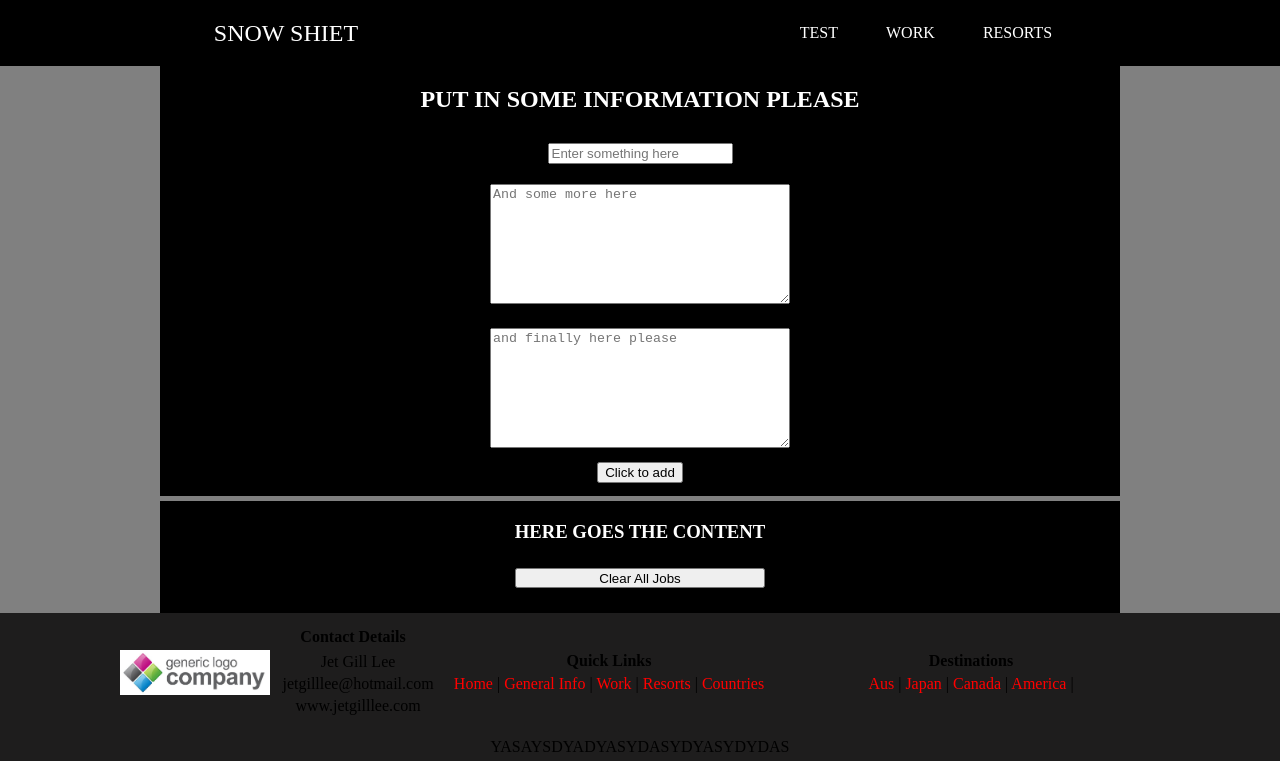
Repository: Jet-Gill-Lee/SnowSite
Page: submit-stuff.html
The author's editor kept a copy of each file at every save. The page is drawn from the files as they stood at one save, then again after the next save.
The browser window is 1280 px wide. The pictures show the whole page.

Above is the page before, as saved 2021-07-24 23:29:18.

### submit-stuff.html
<!DOCTYPE html>
<html lang="en">
<head>
  <meta charset="UTF-8">
  <meta http-equiv="X-UA-Compatible" content="IE=edge">
  <meta name="viewport" content="width=device-width, initial-scale=1.0">
  <title>Document</title>
  <script src="submitScript.js" defer></script>
  <link rel="stylesheet" href="./css/submitStuff.css"></style>
  <link rel="stylesheet" href="./css/stylesheet.css">
</head>
<div class="navbar">
  <div class="brand-title"><a href='index.html'>SNOW SHIET</a></div>
    <a href='#' class='toggle-button'>
    <span class="bar"></span>
    <span class="bar"></span>
    <span class="bar"></span></a>
  <div class="navbar-links">
    <ul>
      <li><a href="submit-stuff.html">TEST</a></li>
      <li><a href="work-overview.html">WORK</a></li>
      <li><a href="resorts-overview.html">RESORTS</a></li>
    </ul>
  </div>
</div>

  <div class="form-container">
    <h2>PUT IN SOME INFORMATION PLEASE</h2>
    <div id='error'></div>
    <form id="addNewJob">
    <div class='form-box'>
      <!-- <label for="job-title"></label> -->
      <input type="text" id='job-title' placeholder="Enter something here">
    </div>
    <div class='form-box'>
      <!-- <label for="job-descrip"></label> -->
      <textarea id='job-descrip' placeholder="And some more here" style='width:300px;height:120px;'></textarea>
    </div>
    <div class='form-box'>
      <!-- <label for="job-benefits"></label> -->
      <textarea id='job-benefits' placeholder="and finally here please" style='width:300px;height:120px;'></textarea>
    </div>
    <div class="form-button">
      <button id='btn'>Click to add</button>
    </div>
    <div id="msg">
      <pre></pre>
    </div>
    </form>
    </div>
</div>
  <div class="section-header"><h3>HERE GOES THE CONTENT</h3></div>
  <div id="job-listings">
      <!-- JOB LISTING CONTENT GOES HERE -->
  </div>
  <div id='button-back'>
  <button id='btn2'>Clear All Jobs</button>
  </div>
  <div class="footer">
    <div class='footer-flex-container'>
      <div class="footer-flex-item contact">
        <img src="./image/generic-logo.jpg" alt="" srcset="" style='width:50%'>
        <div class="text-wrapper">
        <h4>Contact Details</h3>
        <p>Jet Gill Lee</p>
        <p>jetgilllee@hotmail.com
        </p>
        <p>www.jetgilllee.com</p>
        </div>
      </div>
      <div class="footer-flex-item flex-gen-links">
        <div class='link-wrapper'>
          <h4>Quick Links</h4>
        <a href="index.html">Home</a> <span> | </span>
        <a href="general-info.html">General Info</a><span> | </span>
        <a href="work-overview.html">Work</a><span> | </span>
        <a href="resorts-overview.html">Resorts</a><span> | </span>
        <a href="country-splash.html">Countries</a>
        </div>
      </div>
      <div class="footer-flex-item flex-links">
        <div class="link-wrapper">
            <h4>Destinations</h4>
          <a href="country.html">Aus</a> <span> | </span>
          <a href="country.html">Japan</a> <span> | </span>
          <a href="country.html">Canada</a> <span> | </span>
          <a href="country.html">America</a> <span> | </span>
        </div>
      </div>
    </div>
    <div class="copyright">YASAYSDYADYASYDASYDYASYDYDAS</div>
  </div>


</body>
</html>

### submitScript.js

let jobList = []
const addJob = (e) => {
  e.preventDefault()
  let newJob = {
    id: Date.now(),
    jobTitle: document.getElementById('job-title').value,
    jobDescrip: document.getElementById('job-descrip').value,
    jobBenefits: document.getElementById('job-benefits').value
  }
  if (newJob.jobTitle === '' || newJob.jobDescrip === '' || newJob.jobBenefits === ''){
    let error = document.getElementById('error');
    error.textContent = 'You must fill out all fields'
    return
  }
  document.querySelector('#addNewJob').reset();
  const jobInfo = newJob
  const { jobTitle, jobDescrip, jobBenefits } = jobInfo
  const newJobBox = document.createElement('div');
  newJobBox.classList.add('job-box')
  const jobBoxContent = `
                        <div class='job-box-column job-box-title'><h4>Title</h4><span>${jobTitle}</span></div>
                        <div class='job-box-column job-box-content'><h5>Header</h5><span>${jobDescrip}</span></div>
                        <div class='job-box-column job-box-content'><h5>Second Header</h5><span>${jobBenefits}</span></div>
                        `

  // const newContent = document.createTextNode(`Job Title: ${jobTitle} - Job Description: ${jobDescrip} - Job Benefits: ${jobBenefits}`)
  newJobBox.innerHTML = jobBoxContent
  const jobListings = document.getElementById('job-listings')
  jobListings.append(newJobBox)
  // newDiv.append(newContent);
  // const currentDiv = document.getElementById('job-listings')
  // currentDiv.append(newDiv)
  localStorage.setItem('JobList', jobListings.innerHTML)
  }
//   let pre = document.querySelector('.job-listings div');
//   pre.textContent = '\n' + JSON.stringify(jobList, '\t', 2);
// }

const clearJobs = (e) => {
  e.preventDefault();
  var jobList = document.getElementById('job-listings')
  while (jobList.firstChild){
    jobList.firstChild.remove()
  }
  localStorage.removeItem('JobList')
}
document.addEventListener('DOMContentLoaded', () => {
  document.getElementById('btn').addEventListener('click', addJob)
  document.getElementById('btn2').addEventListener('click', clearJobs)
});
//should it be done like this? not sure how it'll
document.body.onload = getSavedJobs;
function getSavedJobs() {
  const savedJobs = localStorage.getItem('JobList')
  if (!savedJobs){
    console.log('no local storage')
  } else {
    const jobList = document.getElementById('job-listings')
    jobList.innerHTML = savedJobs;
    console.log('get local storage')
  }
}

### css/submitStuff.css

* {
  box-sizing: border-box;
}
body {
  background-color: grey;
}
.form-container {
  width: 75%;
  min-width: 380px;
  min-height: 20vh;
  background-color: black;
  display: flex;
  flex-direction: column;
  justify-content: center;
  align-items: center;
  margin: auto;
  color: white;
  text-align: center;
}

#addNewJob {
  display:flex;
  flex-direction: column;
  align-items: center;
  justify-content: start;
}
#error {
  color: white;

}
.form-box {
  padding: 10px;
}
#btn {

  margin: auto;
}
#job-listings {
  display:flex;
  width:75%;
  min-width: 380px;
  background-color: black;
  color: white;
  margin:auto;
  justify-content: flex-start;
  flex-direction: column;
  text-align: center;
  min-width: 380px;

}
.job-box {
  display: flex;
  justify-content: space-around;
  margin-left: 30px;
  margin-right: 30px;
  margin-bottom: 30px;
  margin: none;
  flex-wrap: wrap;
}
.job-box-column {
  display:flex;
  flex-direction: column;
  align-items: center;
  border: 1px solid white;
  flex: 2;
  text-align: center;
  padding: 10px;
}
.job-box-title {
  flex: 1;
}
.job-box-title h4 {
  margin-top: 5%;
  margin-bottom: 5%;
}
.job-box-content{
  min-width: 300px;
}
.job-box-content h5 {
  margin-top: 4%;
}


#btn2 {
 width: 250px;
 height: 20px;
 display:block;
 margin:auto;
}
.section-header{
  width:75%;
  background-color: black;
  color: white;
  margin:auto;
  padding: 25px;
  text-align: center;
  padding-top: 20px;
  min-width: 380px;
  margin-top: 5px;

}
.section-header h3{
  padding-top: 0px;
  margin:0;
}
#button-back{
  width:75%;
  background-color: black;
  margin:auto;
  padding-bottom: 25px;
  min-width: 380px;

}

### css/stylesheet.css
body {
  margin:0;
  padding:0;
}
* {
  box-sizing: border-box;
}
.hero {
  background: url('../image/background-desktop.jpg');
  background-repeat: no-repeat;
  background-size: cover;
  background-position: 50% 0;
  height: 100vh;
}
.navbar {
  display: flex;
  background-color: rgba(0, 0, 0);
  justify-content: space-around;
  align-items: center;
  box-sizing: unset;
}
.brand-title {
  font-size: 1.5rem;
  height: 100%;
}
.brand-title a{
  color: white;
  text-decoration: none;
  padding: 10px;
  display:block;
}
.navbar-links {
  height: 100%;
  align-items: center;
  justify-content: space-around;
}
.navbar-links ul{
  display: flex;
  list-style: none;
  padding: 0;
}
.navbar-links li a {
  padding: 0.5rem 1.5rem;
  text-decoration: none;
  display:block;
  color:white;
}
.navbar-links ul li a:hover {
  background-color: rgba(255, 255, 255, 0.178);
}

.toggle-button {
  display: none;
  flex-direction: column;
  justify-content: space-between;
  width: 30px;
  height: 20px;
  position: absolute;
  top: 1rem;
  right: 1.5rem;
}
.toggle-button .bar {
  width: 100%;
  height: 3px;
  background-color: white;
  border-radius: 10px;
}
.hero-content {
  margin-left: 20%;
  padding-top: 12vh;
}
.hero-text {
  width:45%;
  font-size: 3rem;
  display:none;
}
.hero-text.active {
  display: block;
}
.footer-flex-container {
  display: flex;
  flex-wrap: wrap;
  justify-content: space-between;
  margin-left: 10%;
  margin-right: 10%;
}
.footer {
  background-color: rgba(14, 13, 13, 0.863);
}
.footer-flex-item {
  min-width: 300px;
  width: 33.3%;
  display:flex;
  align-items: center;
  justify-content: center;
  min-height: 120px;
  text-align: center;
  flex: 10;
}
.footer-flex-item.contact {
  flex: 1;
}
.footer-flex-item a{
  text-decoration: none;
  color:red;
}
.footer-flex-item a:visited{
  text-decoration: none;
  color: red;
}
.footer-flex-item p {
  padding: 2px;
  margin-bottom: 0;
  margin-top: 0;
  margin-left: 10px;
}
.footer-flex-item h4 {
  margin-top: 0;
  margin-bottom: 5px;
}
.copyright {
  text-align: center;
  width: 100%;
  padding: 5px;

}

@media (max-width: 600px) {
  .hero {
    height: 70vh;
  }
  .navbar-links {
    display:none;
    width: 100%;
  }
  .toggle-button {
    display: flex;
  }
  .hero-content {
    padding-top: 6vh;
  }
  .hero-text {
    position: absolute;
    top: 100px;
    z-index: 1;
  }
  .brand-title {
    padding-left: 20px;
  }
  .navbar {
    flex-direction: column;
    align-items: flex-start;
  }
  .navbar-links ul {
    flex-direction: column;
    align-items: center;
    width: 100%;
  }
  .navbar-links ul li {
    width: 100%;
    text-align: center;
  }
  .navbar-links.active {
    display: flex;
    z-index: 10;
  }
}
@media (max-width: 400px) {
 .hero {
   height: 50vh;
 }
 .hero-content {
   margin: 20px;
 }
 .hero-text {
   padding-top: 10px;
   top: 50px;
   width: 80%;
   word-wrap: break-word;
 }
}

After the next save:
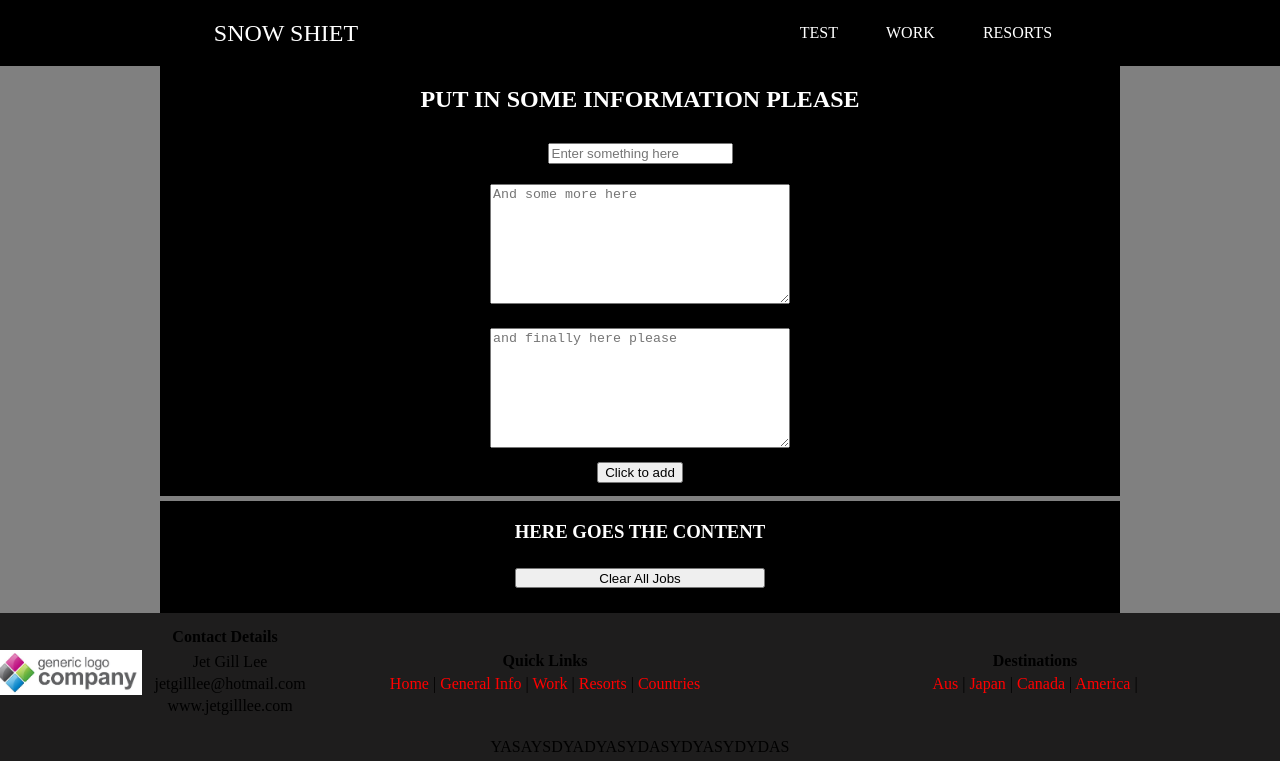
Saved 42 s later.
--- a/css/stylesheet.css
+++ b/css/stylesheet.css
@@ -81,8 +81,7 @@ body {
   display: flex;
   flex-wrap: wrap;
   justify-content: space-between;
-  margin-left: 10%;
-  margin-right: 10%;
+
 }
 .footer {
   background-color: rgba(14, 13, 13, 0.863);
